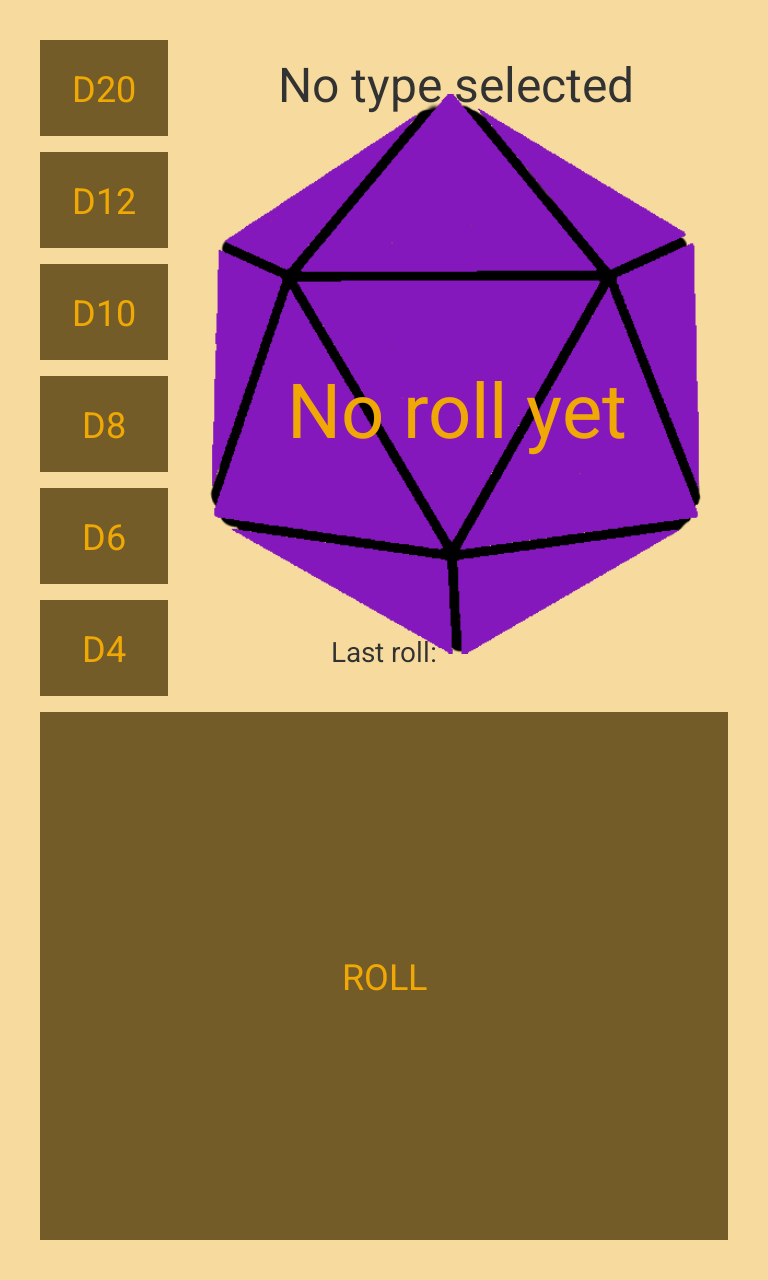
Repository: Bjodol/Roller
Layout: Roller3/res/layout/activity_main.xml
The author's editor kept a copy of each file at every save. The layout is drawn from the files as they stood at one save, then again after the next save.
It is drawn on a 768 x 1280 px phone screen (xhdpi) without system bars, with theme AppTheme; the app's code is not run. The app's manifest (not shown) leaves right-to-left support off. So textAlignment, textDirection and layoutDirection are ignored, and left and right values win over start and end ones.

Above is the layout before, as saved 2013-08-31 09:55:51.

### Roller3/res/layout/activity_main.xml
<RelativeLayout xmlns:android="http://schemas.android.com/apk/res/android"
    xmlns:tools="http://schemas.android.com/tools"
    android:layout_width="fill_parent"
    android:layout_height="fill_parent"
    android:background="@color/Beige"
    android:gravity="top"
    android:paddingBottom="@dimen/activity_vertical_margin"
    android:paddingLeft="@dimen/activity_horizontal_margin"
    android:paddingRight="@dimen/activity_horizontal_margin"
    android:paddingTop="@dimen/activity_vertical_margin"
    tools:context=".MainActivity" >

    <Button
        android:id="@+id/d12"
        android:layout_margin="4dp"
        android:background="@color/Brown"
        android:textColor="@color/Bronze"
        android:layout_width="wrap_content"
        android:layout_height="wrap_content"
        android:layout_below="@+id/d20"
        android:onClick="d12"
        android:text="@string/d12" />

    <TextView
        android:id="@+id/dice_type"
        android:layout_width="match_parent"
        android:layout_height="wrap_content"
        android:gravity="center"
        android:layout_alignBaseline="@id/d20"
        android:layout_toRightOf="@id/d20"
        android:layout_alignParentRight="true"
        android:text="@string/noDiceType"
        android:textAlignment="center"
        android:textSize="24sp" />

    <Button
        android:id="@+id/d10"
        android:layout_margin="4dp"
        android:background="@color/Brown"
        android:textColor="@color/Bronze"
        android:layout_width="wrap_content"
        android:layout_height="wrap_content"
        android:layout_below="@+id/d12"
        android:onClick="d10"
        android:text="@string/d10" />

    <Button
        android:id="@+id/d8"
        android:layout_margin="4dp"
        android:background="@color/Brown"
        android:textColor="@color/Bronze"
        android:layout_width="wrap_content"
        android:layout_height="wrap_content"
        android:layout_below="@+id/d10"
        android:onClick="d8"
        android:text="@string/d8" />

    <Button
        android:id="@+id/d6"
        android:layout_margin="4dp"
        android:background="@color/Brown"
        android:textColor="@color/Bronze"
        android:layout_width="wrap_content"
        android:layout_height="wrap_content"
        android:layout_below="@+id/d8"
        android:onClick="d6"
        android:text="@string/d6" />

    <Button
        android:id="@+id/d4"
        android:layout_margin="4dp"
        android:background="@color/Brown"
        android:textColor="@color/Bronze"
        android:layout_width="wrap_content"
        android:layout_height="wrap_content"
        android:layout_below="@+id/d6"
        android:onClick="d4"
        android:text="@string/d4" />

    <ImageView
        android:id="@+id/purpleDice"
        android:contentDescription="@string/diceDescription"
        android:layout_width="wrap_content"
        android:layout_height="wrap_content"
        android:layout_toRightOf="@id/d10"
        android:layout_alignParentRight="true"
        android:src="@drawable/purple_dice" />

    <Button
        android:id="@+id/roll_button"
        android:background="@color/Brown"
        android:layout_margin="4dp"
        android:layout_width="fill_parent"
        android:layout_height="wrap_content"
        android:layout_below="@+id/d4"
        android:layout_alignParentBottom="true"
        android:onClick="roll"
        android:text="@string/roll"
        android:textColor="@color/Bronze" />



    <Button
        android:id="@+id/d20"
        android:layout_width="wrap_content"
        android:layout_height="wrap_content"
        android:layout_alignParentLeft="true"
        android:layout_alignParentTop="true"
        android:layout_margin="4dp"
        android:layout_marginTop="21dp"
        android:background="@color/Brown"
        android:onClick="d20"
        android:text="@string/d20"
        android:textColor="@color/Bronze" />

    <TextView
        android:id="@+id/dice_throw"
        android:layout_width="wrap_content"
        android:layout_height="wrap_content"
        android:gravity="center"
        android:layout_toRightOf="@id/d8"
        android:layout_alignBaseline="@id/d8"
        android:layout_alignParentRight="true"
        android:text="@string/noRolls"
        android:textAlignment="center"
        android:textColor="@color/Bronze"
        android:textSize="38sp" />

    <TextView
        android:id="@+id/last_roll_text"
        android:layout_width="wrap_content"
        android:layout_height="wrap_content"
        android:layout_alignBaseline="@+id/d4"
        android:layout_alignBottom="@+id/d4"
        android:layout_centerHorizontal="true"
        android:text="@string/lastRoll"
        android:textAlignment="center"
        android:textSize="14sp" />

</RelativeLayout>

### Roller3/res/values/strings.xml
<?xml version="1.0" encoding="utf-8"?>
<resources>

    <string name="app_name">Roller</string>
    <string name="action_settings">Settings</string>
    <string name="d20">D20</string>
    <string name="d12">D12</string>
    <string name="d10">D10</string>
    <string name="d8">D8</string>
    <string name="d6">D6</string>
    <string name="d4">D4</string>
    <string name="roll">ROLL</string>
    <string name="youRolled">You rolled:</string>
    <string name="noRolls">No roll yet</string>
    <string name="lastRoll">Last roll:</string>
    <string name="noDiceType">No type selected</string>
    <string name="diceDescription">A purple d20 dice</string>
    <color name="Purple">#9e14e8</color>
    <color name="Beige">#f7db9e</color>
    <color name="Bronze">#F0A804</color>
    <color name="Brown">#745c29</color>

</resources>

Loaded but not shown: Roller3/res/values/styles.xml (common file); Roller3/res/values-v11/styles.xml (common file); Roller3/res/values-v14/styles.xml (common file); Roller3/res/values/dimens.xml (common file)

After the next save:
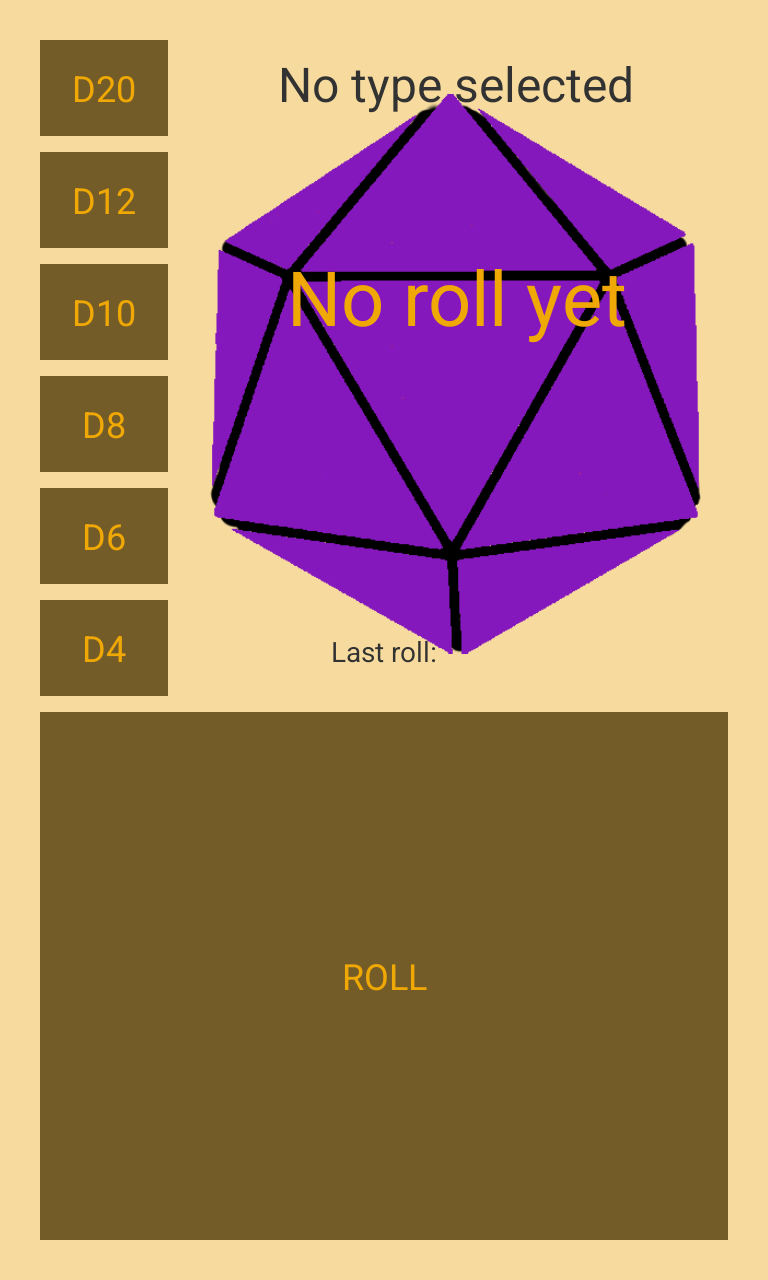
Saved 9 s later.
--- a/Roller3/res/layout/activity_main.xml
+++ b/Roller3/res/layout/activity_main.xml
@@ -119,7 +119,7 @@
         android:layout_height="wrap_content"
         android:gravity="center"
         android:layout_toRightOf="@id/d8"
-        android:layout_alignBaseline="@id/d8"
+        android:layout_alignBaseline="@id/d10"
         android:layout_alignParentRight="true"
         android:text="@string/noRolls"
         android:textAlignment="center"
